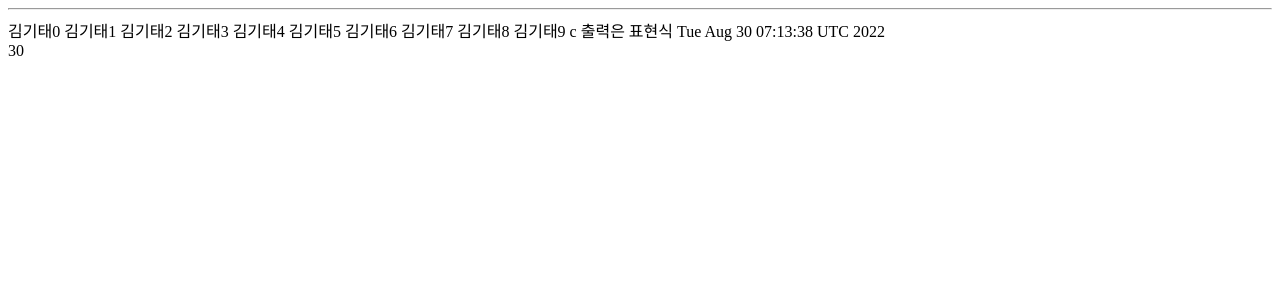
Repository: okgunyang/jsp
Page: http://localhost/practice01/
The author's editor kept a copy of each file at every save. The page is drawn from the files as they stood at one save, then again after the next save.
The browser window is 1280 px wide. The pictures show the whole page.
The page is served by Tomcat 9. Other server files are loaded and not shown.

Above is the page before, as saved 2022-10-11 06:00:07.

### practice01/WebContent/index.jsp
<%@ page language="java" contentType="text/html; charset=UTF-8"
    pageEncoding="UTF-8"%>
<%@ page import="java.util.Date" %>
<!DOCTYPE html>
<html>
<head>
<meta charset="UTF-8">
<title>웹 문서 테스트</title>
</head>
<body>
<%!
	//선언문 - 객체, 변수, 메소드 선언시
	int a = 20;
	int b = 30;
	Date now = new Date();
%>
<hr>
<%
	//처리 구문 -> 스크립트릿(scriptlet) : 자바코드
	int c;
	String name = "김기태";
	if(a>b){
		c = a;
	} else {
		c = b;
	}
 	for(int d=0;d<10;d++){
		out.println(name+d);
	}
 	out.println("c 출력은 표현식");
 	out.println(now);
%>
<div id="result"><!-- 각주 --> <%=c %>

</div>
</body>
</html>

After the next save:
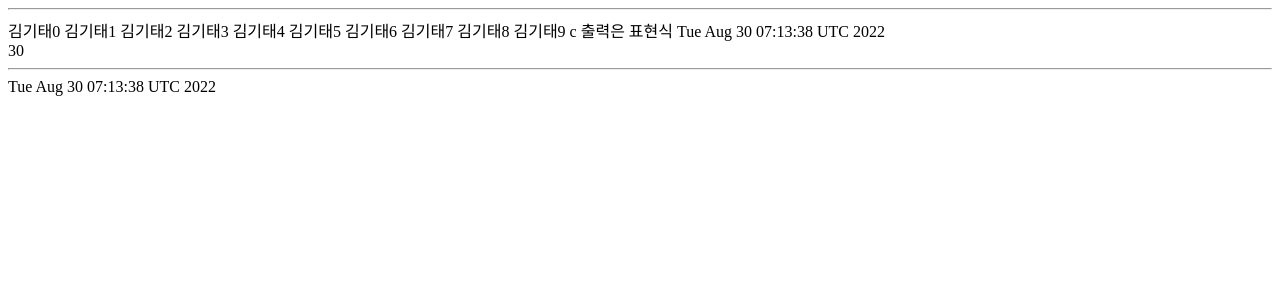
Saved 23 s later.
--- a/practice01/WebContent/index.jsp
+++ b/practice01/WebContent/index.jsp
@@ -30,8 +30,10 @@
  	out.println("c 출력은 표현식");
  	out.println(now);
 %>
-<div id="result"><!-- 각주 --> <%=c %>
-
+<div id="result"><!-- 각주 -->
+<%=c %>
+<hr>
+<%=now %>
 </div>
 </body>
 </html>
